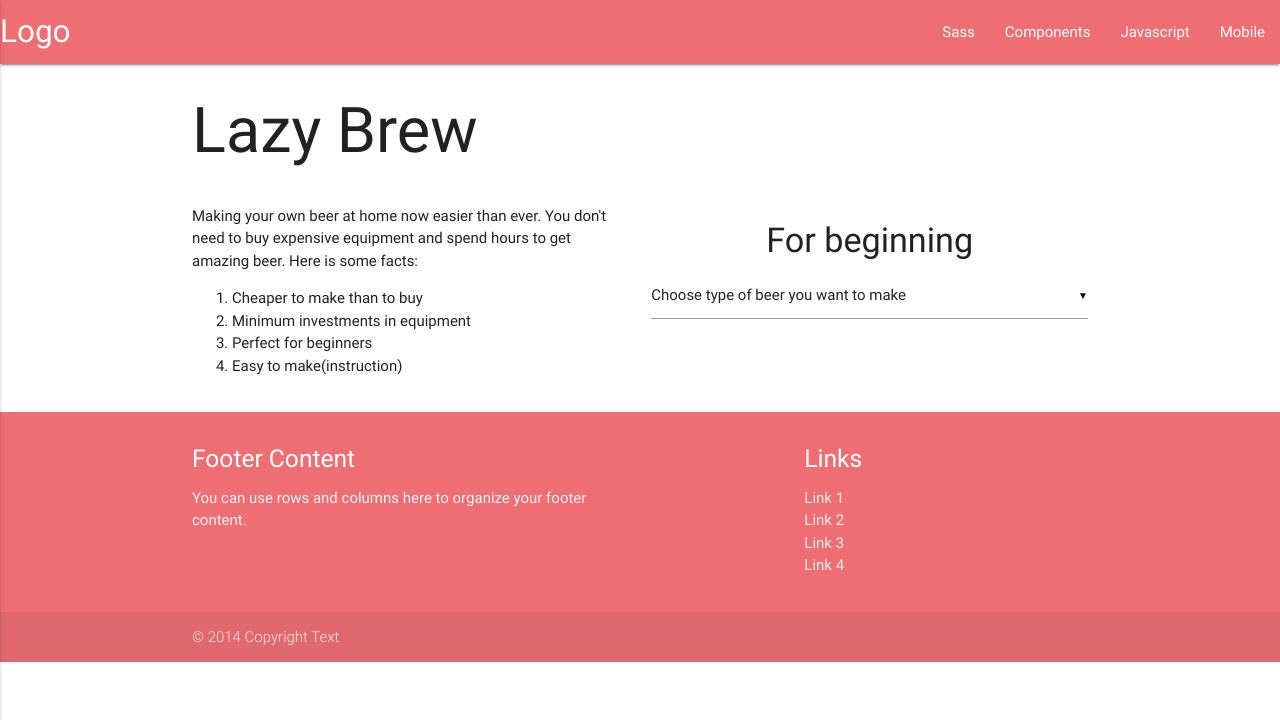
Repository: Leon2ev/lazy-brew
Page: http://localhost/
The author's editor kept a record of every edit. The page is drawn from the files as they stood at one moment, then again after the next edit.
The browser window is 1280 px wide. The pictures show the whole page.
Some web libraries are served in a nearby version. The page is served by the project's application, run on Flask 3 (app.py). Queries for data that is not in the repository find no rows.

Above is the page before.

After the next edit:
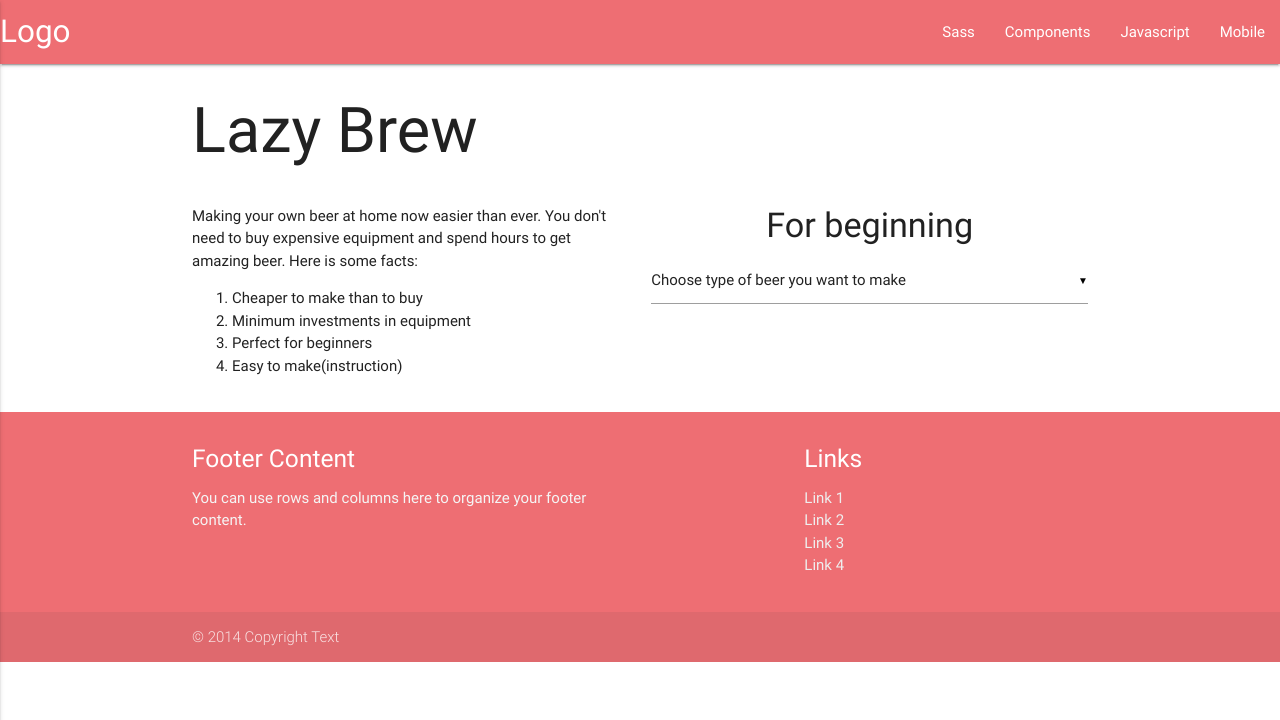
The edit:
--- a/templates/index.html
+++ b/templates/index.html
@@ -18,7 +18,7 @@
                     <li>Easy to make(instruction)</li>
                 </ol>
             </div>
-            <div class="input-field col s12 l6">
+            <div class="col s12 l6">
                 <h4 class="center-align">For beginning</h4>
                 <select id="type_name" name="type_name">
                     <option value="" disabled selected>Choose type of beer you want to make</option>
